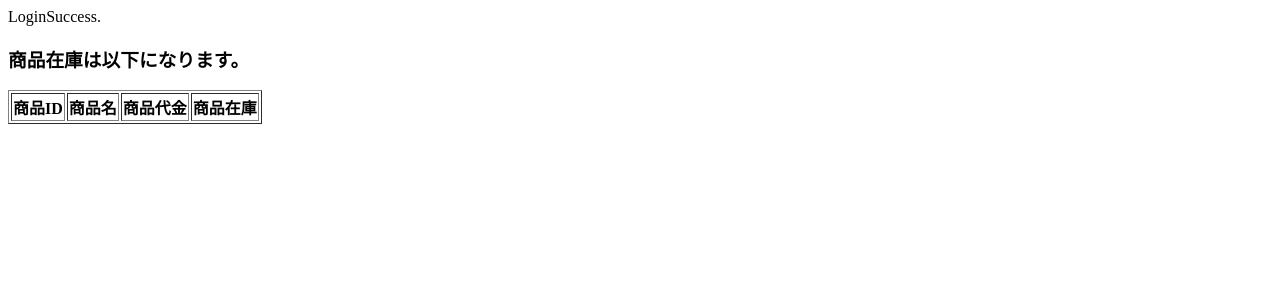
Repository: sachiyuki/java
Page: http://localhost/AdminLogin/adminpage.jsp
An editor plug-in stored every save of this project. The page is shown before and after the next save, followed by the edit.
The browser window is 1280 px wide. The pictures show the whole page.
The page is served by Tomcat 9. Other server files are loaded and not shown.

Above is the page before, as saved 2018-03-05 07:07:35.

### AdminLogin/WebContent/adminpage.jsp
<%@ page language="java" contentType="text/html; charset=UTF-8"
    pageEncoding="UTF-8"%>
<%@ taglib prefix="s" uri="/struts-tags" %>
<!DOCTYPE html PUBLIC "-//W3C//DTD HTML 4.01 Transitional//EN" "http://www.w3.org/TR/html4/loose.dtd">
<html>
<head>
<meta http-equiv="Content-Type" content="text/html; charset=UTF-8">
<title>Insert title here</title>
</head>
<body>

LoginSuccess.


<h3>商品在庫は以下になります。</h3>
<s:form>
<table border="1">
<tr>
	<th>商品ID</th>
	<th>商品名</th>
	<th>商品代金</th>
	<th>商品在庫</th>
</tr>
<s:iterator value="itemList">
<tr>
	<td><s:property value="id"/></td>
	<td><s:property value="itemName"/></td>
	<td><s:property value="itemPrice"/></td>
	<td><s:property value="itemStock"/></td>
</tr>
</s:iterator>
</table>
</s:form>

</body>
</html>

After the next save:
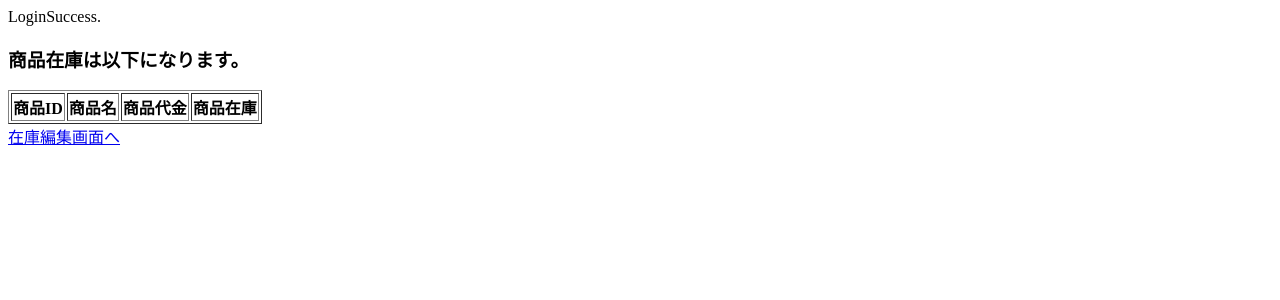
Saved 20 min 56 s later.
--- a/AdminLogin/WebContent/adminpage.jsp
+++ b/AdminLogin/WebContent/adminpage.jsp
@@ -31,6 +31,7 @@ LoginSuccess.
 </s:iterator>
 </table>
 </s:form>
+<a href='<s:url action="ItemAction"/>'>在庫編集画面へ</a>
 
 </body>
 </html>
